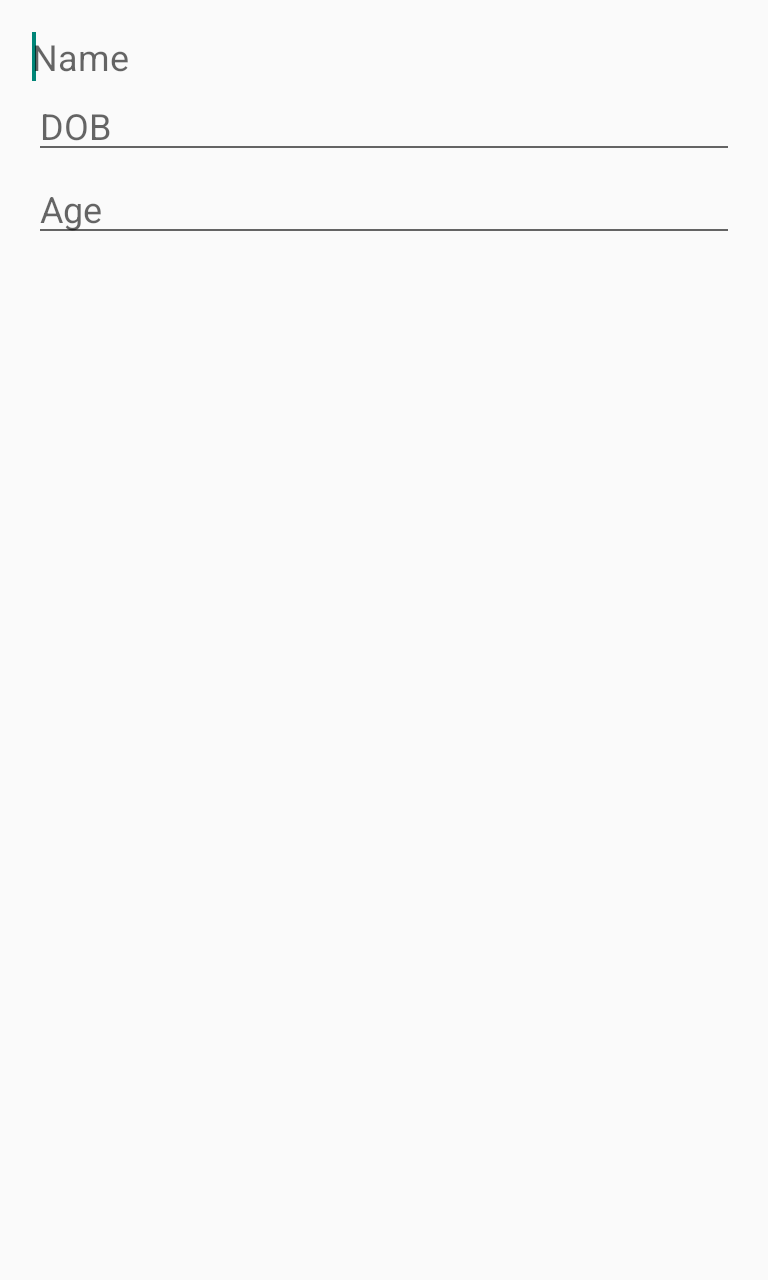
Repository: adarshnair13/my-project
Layout: example5/res/layout/activity_main.xml
An editor plug-in stored every save of this project. The layout is shown before and after the next save, followed by the edit.
It is drawn on a 768 x 1280 px phone screen (xhdpi) without system bars, with theme AppTheme; the app's code is not run.

Above is the layout before, as saved 2015-02-02 17:15:33.

### example5/res/layout/activity_main.xml
<LinearLayout xmlns:android="http://schemas.android.com/apk/res/android"
    xmlns:tools="http://schemas.android.com/tools"
    android:id="@+id/LinearLayout1"
    android:layout_width="match_parent"
    android:layout_height="match_parent"
    android:orientation="vertical"
    android:paddingBottom="@dimen/activity_vertical_margin"
    android:paddingLeft="@dimen/activity_horizontal_margin"
    android:paddingRight="@dimen/activity_horizontal_margin"
    android:paddingTop="@dimen/activity_vertical_margin"
    tools:context="com.adarsh.example5.MainActivity" >

    <EditText
        android:id="@+id/editText1"
        android:layout_width="match_parent"
        android:layout_height="wrap_content"
        android:ems="10"
        android:background=""
        android:hint="Name" >

        <requestFocus />
    </EditText>

    <EditText
        android:id="@+id/editText2"
        android:layout_width="match_parent"
        android:layout_height="wrap_content"
        android:hint="DOB"
        android:ems="10" />

    <EditText
        android:id="@+id/editText3"
        android:layout_width="match_parent"
        android:layout_height="wrap_content"
        android:hint="Age"
        android:ems="10" />

</LinearLayout>

Loaded but not shown: example5/res/values/styles.xml (common file); example5/res/values-v11/styles.xml (common file); example5/res/values-v14/styles.xml (common file); example5/res/values/dimens.xml (common file); example5/res/values-w820dp/dimens.xml (common file)

After the next save:
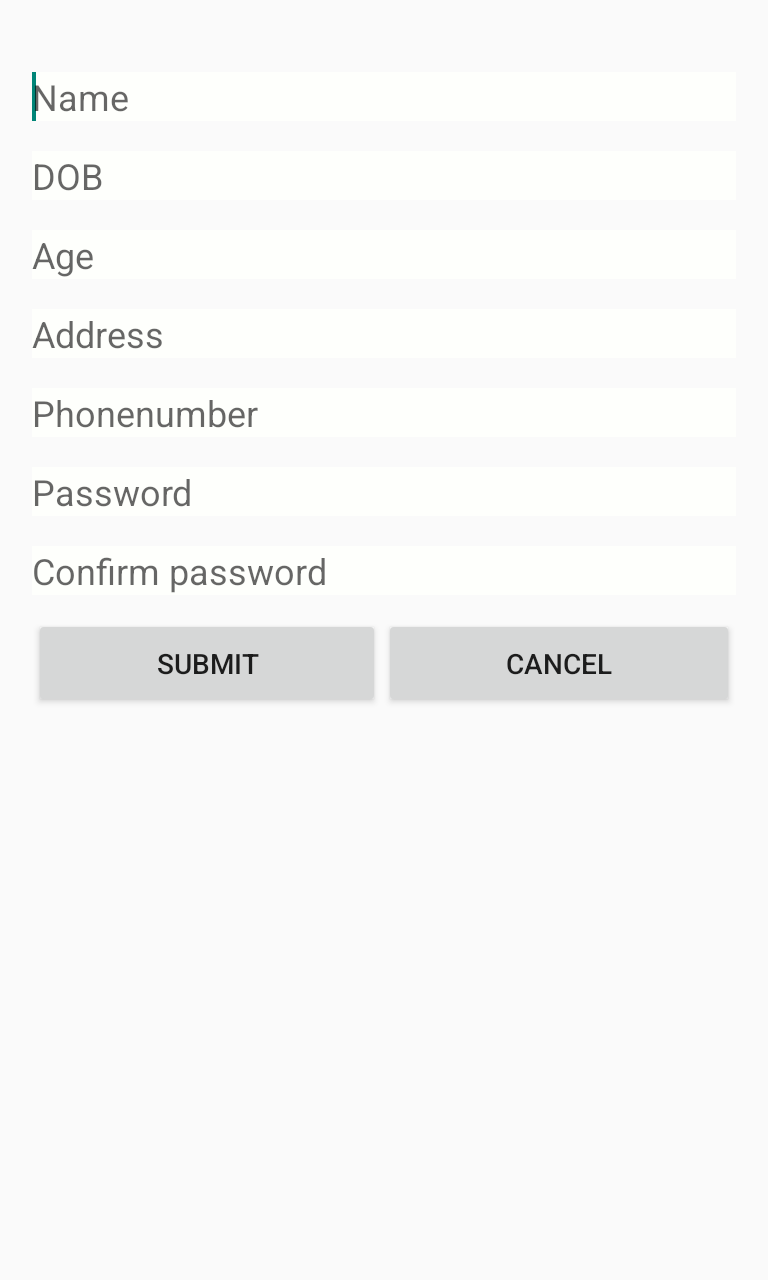
Saved 12 min 0 s later.
--- a/example5/res/layout/activity_main.xml
+++ b/example5/res/layout/activity_main.xml
@@ -14,8 +14,9 @@
         android:id="@+id/editText1"
         android:layout_width="match_parent"
         android:layout_height="wrap_content"
+        android:layout_marginTop="20dp"
+        android:background="#FEFFFC"
         android:ems="10"
-        android:background=""
         android:hint="Name" >
 
         <requestFocus />
@@ -25,14 +26,77 @@
         android:id="@+id/editText2"
         android:layout_width="match_parent"
         android:layout_height="wrap_content"
-        android:hint="DOB"
-        android:ems="10" />
+        android:layout_marginTop="15dp"
+        android:background="#FEFFFC"
+        android:ems="10"
+        android:hint="DOB" />
 
     <EditText
         android:id="@+id/editText3"
         android:layout_width="match_parent"
         android:layout_height="wrap_content"
-        android:hint="Age"
-        android:ems="10" />
+        android:layout_marginTop="15dp"
+        android:background="#FEFFFC"
+        android:ems="10"
+        android:hint="Age" />
+
+    <EditText
+        android:id="@+id/editText4"
+        android:layout_width="match_parent"
+        android:layout_height="wrap_content"
+        android:layout_marginTop="15dp"
+        android:background="#FEFFFC"
+        android:ems="10"
+        android:hint="Address" />
+
+    <EditText
+        android:id="@+id/editText5"
+        android:layout_width="match_parent"
+        android:layout_height="wrap_content"
+        android:layout_marginTop="15dp"
+        android:background="#FEFFFC"
+        android:ems="10"
+        android:hint="Phonenumber" />
+
+    <EditText
+        android:id="@+id/editText6"
+        android:layout_width="match_parent"
+        android:layout_height="wrap_content"
+        android:layout_marginTop="15dp"
+        android:background="#FEFFFC"
+        android:ems="10"
+        android:hint="Password" />
+
+    <EditText
+        android:id="@+id/editText7"
+        android:layout_width="match_parent"
+        android:layout_height="wrap_content"
+        android:layout_marginTop="15dp"
+        android:background="#FEFFFC"
+        android:ems="10"
+        android:hint="Confirm password" />
+
+    <LinearLayout
+        android:layout_width="match_parent"
+        android:layout_height="wrap_content"
+        android:layout_marginTop="10dp"
+        android:weightSum="2.0" >
+
+        <Button
+            android:id="@+id/button1"
+            style="?android:attr/buttonStyleSmall"
+            android:layout_width="wrap_content"
+            android:layout_height="wrap_content"
+            android:layout_weight="1.0"
+            android:text="SUBMIT" />
+
+        <Button
+            android:id="@+id/button2"
+            style="?android:attr/buttonStyleSmall"
+            android:layout_width="wrap_content"
+            android:layout_height="wrap_content"
+            android:layout_weight="1.0"
+            android:text="CANCEL" />
+    </LinearLayout>
 
 </LinearLayout>
